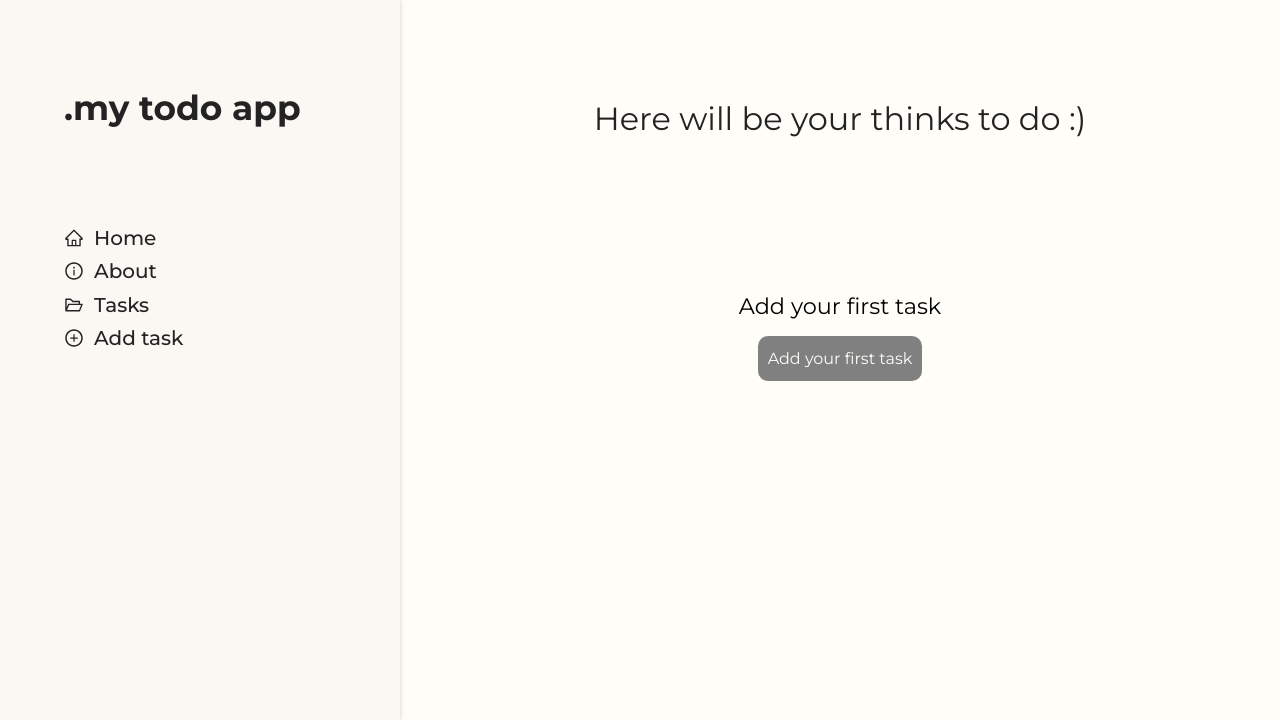
Repository: dkveil/my-todo-app-with-ts
Page: /
These files come from the project's save history. The page is drawn as it stood at one moment and after the next save; the edit follows.
The browser window is 1280 px wide. The pictures show the whole page.
The project was rebuilt for these pictures with package versions that can differ from the ones it lists, and the page was loaded fresh each time. Also part of the build but not shown: src/components/TaskCart/TaskCart.styles.ts, src/utils/isoFormatToDate.util.ts, src/components/TaskCart/index.tsx, src/components/Form/Form.styles.ts, src/components/Form/FormField.tsx, src/components/Form/index.tsx, src/components/SuccesBoard/SuccesBoard.styles.ts, src/components/SuccesBoard/index.tsx and 2 more.

Above is the page before, as saved 2022-10-13 22:15:25.

### src/App.tsx
import { ThemeProvider } from "styled-components";
import { theme } from "./styles/theme";
import GlobalStyles from "./styles/global";
import { Routes, Route, useLocation, Navigate} from "react-router";
import NavbarCart from "./components/NavbarCart";
import Navbar from "./components/Navbar/index";
import { Wrapper, AppWrapper } from "./containers/container";
import Header from "./components/Header";
import TasksPage from "./pages/TasksPage";
import AddTaskPage from "./pages/AddTaskPage";
import EditTaskPage from "./pages/EditTaskPage";
import GlobalContextProvider from "./context/GlobalContext";
import TasksContextProvider from "./context/TasksContext";
import { AnimatePresence } from 'framer-motion'

const App = () => {

    return (
        <GlobalContextProvider>
            <TasksContextProvider>
                <ThemeProvider theme={theme}>
                    <GlobalStyles />
                    <Wrapper>
                        <NavbarCart />
                        <AppWrapper>
                            <Navbar />
                            <Header />
                            <AnimatePresence>
                                <Routes>
                                    <Route path="/" element={<Navigate to='/tasks'/>}/>
                                    <Route path="/tasks" element={<TasksPage />} />
                                    <Route path="/add-task" element={<AddTaskPage />}/>
                                    <Route path="/add-task/:status" element={<AddTaskPage />}/>
                                    <Route path="/edit-task/:id/" element={<EditTaskPage />}/>
                                    <Route path="/edit-task/:id/:status" element={<EditTaskPage />}/>
                                </Routes>
                            </AnimatePresence>
                        </AppWrapper>
                    </Wrapper>
                </ThemeProvider>
            </TasksContextProvider>
        </GlobalContextProvider>
    );
};

export default App;

### src/styles/theme.ts
export const theme = {
    font: {
        family: {
            primary: "Montserrat, sans-serif"
        }
    },
    color: {
        bgapp: '#fffdf8',
        bgcart: '#fbf8f3',
        bgcartshadow: '#d1d1d1',
        font: '#232323',

        fonthover: '#626262',
        formfieldborder: '#565656',
        formfieldbg: 'white',
        formbtnbg: 'gray',
        formbtnbghover: 'darkgray',
        formactive: '#005be9',
        formbtnfont: 'white',
    },
    mq: {
        tablet: `@media screen and (min-width: 768px)`,
        desktop: `@media screen and (min-width: 1024px)`,
        large: `@media screen and (min-width: 1537px)`
    },
    height: {
        navbar: "64px"
    }
}

### src/styles/global.ts
import { createGlobalStyle } from 'styled-components';

export default createGlobalStyle`

    *, *::before, *::after{
        margin: 0;
        padding: 0;
        outline: 0;
        box-sizing: border-box;
    }
`

### src/components/NavbarCart/index.tsx
import * as NavCart from './NavbarCart.styles'
import {
    AiOutlineHome,
    AiOutlineInfoCircle,
    AiOutlineFolderOpen,
    AiOutlinePlusCircle,
} from "react-icons/ai";
import { useGlobalContext } from '../../context/GlobalContext';

const navitems = [
    {
        name: "Home",
        path: "/",
        icon: <AiOutlineHome style={{ marginRight: "10px" }} />,
    },
    {
        name: "About",
        path: "/about",
        icon: <AiOutlineInfoCircle style={{ marginRight: "10px" }} />,
    },
    {
        name: "Tasks",
        path: "/tasks",
        icon: <AiOutlineFolderOpen style={{ marginRight: "10px" }} />,
    },
    {
        name: "Add task",
        path: "/add-task",
        icon: <AiOutlinePlusCircle style={{ marginRight: "10px" }} />,
    },
];

const NavbarCart = () => {

    const { barActive, closeBar } = useGlobalContext()

    return (
        <NavCart.Wrapper opened={barActive}>
            <NavCart.LogoWrapper>
                <NavCart.Logo to="/">
                    .my todo app
                </NavCart.Logo>
            </NavCart.LogoWrapper>
            <nav>
                <NavCart.NavList>
                    {navitems.map(item => (
                        <NavCart.NavItem key={item.name} id={item.name} onClick={closeBar}>
                            <NavCart.NavLink to={item.path}>
                                {item.icon && item.icon}
                                {item.name}
                            </NavCart.NavLink>
                        </NavCart.NavItem>
                    ))}
                </NavCart.NavList>
            </nav>
        </NavCart.Wrapper>
    )
}

export default NavbarCart;

### src/components/Navbar/index.tsx
import * as Nav from './Navbar.styles'
import Button from "../Button";
import { useGlobalContext } from '../../context/GlobalContext';
import { Container } from '../../containers/container';

const Navbar = () => {

    const { barActive, openBar, closeBar } = useGlobalContext();

    return (
        <>
        <Button buttontype="hamburger" size='30px' active={barActive} onClickHandler={barActive ? closeBar : openBar}/>
        <Nav.Wrapper>
            <Container>
                <Nav.Content>
                    <div/>
                    <div/>
                </Nav.Content>
            </Container>
        </Nav.Wrapper>
        </>
    )
}

export default Navbar;

### src/containers/container.tsx
import styled from "styled-components";

export const Wrapper = styled.div`
    display: flex;
    flex-direction: row;
    width: 100vw;
    min-height: 100vh;
`

export const AppWrapper = styled.div`
    display: flex;
    flex-direction: column;
    flex-grow: 1;
    background-color: ${({ theme }) => theme.color.bgapp};

    ${({theme}) => theme.mq.desktop}{
        max-width: calc(100% - 400px);
        height: 100vh;
        overflow: hidden;
        overflow-y: scroll;
    }
`;

export const Container = styled.div`
    display: flex;
    flex-direction: column;
    flex-wrap: wrap;
    width: calc(100vw - 42px);
    margin: 0 auto;
    height: inherit;
    min-height: inherit;

    ${({theme}) => theme.mq.tablet}{
        width: calc(100vw - 64px);
    }
    ${({theme}) => theme.mq.desktop}{
        width: calc(100% - 128px);
    }
`

### src/components/Header/index.tsx
import { useLocation } from 'react-router-dom'
import { Container } from "../../containers/container";
import { useTasksContext } from "../../context/TasksContext";
import * as H from './Header.styles'
import { motion } from 'framer-motion'

const Header = () => {
    const { numberOfTask } = useTasksContext()

    const location = useLocation()

    if(location.pathname === '/' || !location.pathname){
        return (
            <motion.div
                initial={{ opacity: 0 }}
                animate={{ opacity: 1 }}
                exit={{ opacity: 0 }}
            >
                <H.Wrapper>homePage</H.Wrapper>
            </motion.div>
        );
    }
    if(location.pathname === '/about'){
        return (
            <motion.div
                initial={{ opacity: 0 }}
                animate={{ opacity: 1 }}
                exit={{ opacity: 0 }}
            >
                <H.Wrapper>aboutPage</H.Wrapper>
            </motion.div>
        );

    }
    if(location.pathname === '/tasks'){
        return (
            <motion.div
                initial={{ opacity: 0 }}
                animate={{ opacity: 1 }}
                exit={{ opacity: 0 }}
            >
                <H.Wrapper>
                    <Container>
                        <H.Content>
                            <H.Title>
                                {numberOfTask
                                    ? "Your things to do:"
                                    : "Here will be your thinks to do :)"}
                            </H.Title>
                        </H.Content>
                    </Container>
                </H.Wrapper>
            </motion.div>
        );
    }

    if(location.pathname === '/add-task'){
        return (
            <motion.div
                initial={{ opacity: 0 }}
                animate={{ opacity: 1 }}
                exit={{ opacity: 0 }}
            >
                <H.Wrapper>
                    <Container>
                        <H.Content>
                            <H.Title>
                                {numberOfTask
                                    ? "Add your new task to do! :)"
                                    : "Add your first task! :)"}
                            </H.Title>
                        </H.Content>
                    </Container>
                </H.Wrapper>
            </motion.div>
        );
    }

    return null
}
export default Header;

### src/context/GlobalContext.tsx
import React, { useContext } from "react"

type GlobalContextProviderTypes = {
    children: React.ReactNode;
}

type GlobalContextTypes = {
    barActive: boolean;
    closeBar: () => void;
    openBar: () => void;
};

const GlobalContext = React.createContext({} as GlobalContextTypes);

export const useGlobalContext = () => {
    return useContext(GlobalContext)
}

const GlobalContextProvider = ({ children }: GlobalContextProviderTypes) => {
    const [barActive, setBarActive] = React.useState<boolean>(false)

    const closeBar = () => setBarActive(false)
    const openBar = () => setBarActive(true)


    return (
        <GlobalContext.Provider
            value={{
                barActive,
                closeBar,
                openBar
            }}
        >
            {children}
        </GlobalContext.Provider>
    );
};

export default GlobalContextProvider;

### src/context/TasksContext.tsx
import React from "react";
import { useLocation, useParams } from 'react-router-dom';

type TasksContextProviderProps = {
    children: React.ReactNode
};

export type taskProps = {
    id: string;
    title: string;
    category: string;
    priority:
        | "no priority"
        | "low priority"
        | "medium priority"
        | "high priority";
    note: string;
    createdAt: string;
    deadline?: string;
    favorite: boolean;
    completed: boolean;
};

type TasksContextTypes = {
    tasks: taskProps[];
    numberOfTask: number;
    AddTask: (task: taskProps) => void;
    EditTask: (task: taskProps) => void;
    DeleteTask: (id: string) => void;
    addingStatusSuccess: boolean;
    editingStatusSuccess: boolean;
    setAddingSuccessStatus: () => void;
    setEditingSuccessStatus: () => void;
    changeStatusTask: (id: string) => void;
};

const TasksContext = React.createContext({} as TasksContextTypes)

type taskState = taskProps[]

type taskAction = {
    type: string;
    task: taskProps;
}

const taskReducer = (state: taskState, action: taskAction) => {
    switch(action.type){
        case 'ADD':
            return [ ...state, action.task];
        case 'REMOVE':
            return state.filter(task => task.id !== action.task.id);
        case 'EDIT':
            return state.map(task => {
                if(action.task.id === task.id){
                    return action.task
                } else {
                    return task
                }
            });
        case 'CHANGE_STATUS':
            return state.map(task => {
                if(action.task.id === task.id){
                    return {...task, completed: !task.completed}
                } else {
                    return task
                }

            })
        default:
            return state;
    }
};

export const useTasksContext = () => React.useContext(TasksContext);

const TasksContextProvider = ({ children }: TasksContextProviderProps) => {

    const params = useParams()

    const initialState = localStorage.getItem("tasks")

    const [tasks, dispatch] = React.useReducer(taskReducer, initialState ? JSON.parse(initialState) : [])
    const [addingStatusSuccess, setAddingStatusSuccess] = React.useState<boolean>(false)
    const [editingStatusSuccess, setEditingStatusSuccess] = React.useState<boolean>(false)

    React.useEffect(() => {
        localStorage.setItem("tasks", JSON.stringify(tasks))
    }, [tasks])

    const numberOfTask = tasks.length;

    const location = useLocation()

    const setAddingSuccessStatus = () => setAddingStatusSuccess(true);
    const setEditingSuccessStatus = () => setEditingStatusSuccess(true);


    React.useEffect(() => {
        if(location.pathname !== "/add-task/success"){
            setAddingStatusSuccess(false)
        }
        if(params.id && params.status){
            setEditingStatusSuccess(false)
        }
    }, [location.pathname, params])

    const AddTask = (task: taskProps) => {
        dispatch({
            type: "ADD",
            task
        });
    }

    const EditTask = (task: taskProps) => {
        dispatch({
            type: "EDIT",
            task
        })
    }

    const DeleteTask = (id: string) => {
        const task = tasks.find((item) => item.id === id);

        if(task){
            dispatch({
                type: "REMOVE",
                task
            })
        }
    }

    const changeStatusTask = (id: string) => {
        const task = tasks.find(item => item.id === id)

        if(task){
            dispatch({
                type: "CHANGE_STATUS",
                task
            });
        }
    }

    return (
        <TasksContext.Provider
            value={{
                tasks,
                numberOfTask,
                AddTask,
                EditTask,
                DeleteTask,
                addingStatusSuccess,
                editingStatusSuccess,
                setAddingSuccessStatus,
                setEditingSuccessStatus,
                changeStatusTask
            }}
        >
            {children}
        </TasksContext.Provider>
    );
};

export default TasksContextProvider;

### src/components/NavbarCart/NavbarCart.styles.ts
import styled from "styled-components";
import { Link } from "react-router-dom";

type WrapperTypes = {
    opened: boolean;
}

export const Wrapper = styled.div<WrapperTypes>`
    position: fixed;
    width: 100%;
    height: 100vh;
    background-color: ${({theme}) => theme.color.bgcart};
    transform: ${(props) => props.opened ? 'translateX(0)': 'translateX(-100%)'};
    box-shadow: 0 0 .3rem ${({theme}) => theme.color.bgcartshadow};
    z-index: 3;
    padding: 0 30px;
    transition: transform .2s;


    ${({theme}) => theme.mq.desktop}{
        padding: 0 4rem;
        position: static;
        width: 400px;
        height: 100%;
        min-height: 100vh;
        transform: none;
    }
`

export const LogoWrapper = styled.div`
    display: flex;
    align-items: center;
    width: 100%;
    height: 30vh;
`

export const Logo = styled(Link)`
    font-size: 2.15rem;
    font-weight: 700;
    text-decoration: none;
    color: ${({theme}) => theme.color.font};
`

export const NavList = styled.ul`
    list-style: none;

`

export const NavItem = styled.li`
    margin: .6rem 0;
`

export const NavLink = styled(Link)`
    display: flex;
    align-items: center;
    font-size: 20px;
    font-weight: 500;
    color: ${({theme}) => theme.color.font};
    text-decoration: none;

    &:hover{
        color: ${({theme}) => theme.color.fonthover};
    }
`

### src/components/Navbar/Navbar.styles.ts
import styled from "styled-components";

export const Wrapper = styled.div`
    position: fixed;
    width: 100%;
    height: ${({theme}) => theme.height.navbar};
    background-color: ${({theme}) => theme.color.bgapp};
    border-bottom: 1px solid ${({theme}) => theme.color.font};

    ${({theme}) => theme.mq.desktop}{
        position: static;
        border: none;
    }
`

export const Content = styled.div`
    height: inherit;
    display: flex;
    justify-content: space-between;
    align-items: center;
`

### src/components/Button/index.tsx
import React from 'react';
import * as Btn from './Button.styles'
import { ButtonStylesProps } from './Button.styles'

interface ButtonProps extends ButtonStylesProps {
    buttontype: string;
    onClickHandler: () => void;
    children?: React.ReactNode
}

const Button = ({ buttontype, size, active, onClickHandler, children }: ButtonProps) => {
    switch (buttontype) {
        case "hamburger":
            return (
                <Btn.Hamburger
                    size={size}
                    active={active}
                    onClick={onClickHandler}
                >
                    <div />
                </Btn.Hamburger>
            );
        case "square":
            return (
                <Btn.Square
                    size={size}
                    onClick={onClickHandler}
                    >
                    {children}
                </Btn.Square>
            )
        case "transparent":
            return (
                <Btn.Transparent
                    onClick={onClickHandler}
                >
                    {children}
                </Btn.Transparent>
            )
        default:
            return null;
    }
};

export default Button;

### src/components/Header/Header.styles.ts
import styled from "styled-components";

export const Wrapper = styled.header`
    height: 100px;
    margin-top: ${({theme}) => theme.height.navbar};

    ${({theme}) => theme.mq.desktop}{
        margin: 0;
    }
`

export const Content = styled.div`
    height: 100%;
    display: flex;
    justify-content: center;
    align-items: center;
    margin-top: .6rem;
`

export const Title = styled.h1`
    font-size: 1.4rem;
    font-family: ${({theme}) => theme.font.family.primary};
    font-weight: 400;
    color: ${({theme}) => theme.color.font};

    ${({theme}) => theme.mq.desktop}{
        font-size: 2rem;
    }
`

### src/containers/tasksPage.styles.ts
import styled from "styled-components";

export const TaskPageWrapper = styled.section`
`

export const TaskPageContent = styled.div`
    display: flex;
    width: 100%;
    flex-direction: column;

    ${({theme}) => theme.mq.desktop}{
        flex-direction: row;
        height: 75vh;
    }
`



export const TasksWrapper = styled.div`
    width: 100%;
    border-radius: 10px;
    flex-grow: 1;

    h2{
        font-size: 1.4rem;
        font-weight: 500;
        font-family: ${({theme}) => theme.font.family.primary};
        margin-bottom: 20px;
    }

    ${({theme}) => theme.mq.desktop}{
        padding: 10px 5px;
    }
`

### src/utils/sortingTasks.util.ts
import { taskProps } from "../context/TasksContext";

export const sortTasks = (type: string, tasks: taskProps[]) => {
    let sortedTasks;

    const priorityNumber = {
        "no priority": 0,
        "low priority": 1,
        "medium priority": 2,
        "high priority": 3,
    }

    if(tasks){
        if(type === "name"){
            sortedTasks = tasks.sort((a, b) => {
                if(a.title > b.title){
                    return 1
                }
                if(a.title < b.title){
                    return -1
                }
                return 0
            })
        }

        if(type === "date of create"){
            sortedTasks = tasks.sort((a, b) => {
                return new Date(a.createdAt).getTime() - new Date(b.createdAt).getTime()
            })
        }
        if(type === "deadline time"){
            sortedTasks = tasks.sort((a, b) => {
                if(a.deadline && b.deadline){
                    return new Date(a.deadline).getTime() - new Date(b.deadline).getTime()
                }
                if(a.deadline && !b.deadline){
                    return -1
                }
                if(!a.deadline && b.deadline){
                    return 1
                }
                return 0
            })
        }
        if(type === "priority level"){
            sortedTasks = tasks.sort((a, b) => {
                return priorityNumber[b.priority] - priorityNumber[a.priority]
            })
        }
        if(type === "favorite"){
            sortedTasks = tasks.sort((a, b) => {
                if(!a.favorite && b.favorite){
                    return 1
                }
                if(a.favorite && !b.favorite){
                    return -1
                }
                return 0
            })
        }
    }


    return sortedTasks;
}

### src/hooks/useLocalStorage.hook.ts
import React from "react";

export function useLocalStorage<T>(key: string, initialValue: T): [T, (value: T | ((val: T) => T)) => void] {
    const [storedValue, setStoreValue] = React.useState<T>(() => {
        try{
            const item = window.localStorage.getItem(key)
            return item ? JSON.parse(item) : initialValue;
        } catch(error) {
            console.log(error)
            return initialValue
        }
    })

    const setValue = (value: T | ((val: T) => T)) => {
        try {
            const valueToStore = value instanceof Function ? value(storedValue) : value;
            setStoreValue(valueToStore);
            window.localStorage.setItem(key, JSON.stringify(valueToStore));
        } catch(error) {
            console.log(error)
        }
    }

    return [storedValue, setValue]
}

### src/components/Button/Button.styles.ts
import styled from "styled-components";
import { theme } from "../../styles/theme";

export type ButtonStylesProps = {
    size?: string;
    active?: boolean;
    padding?: string;
}

export const Square = styled.button<ButtonStylesProps>`
    font-family: ${theme.font.family.primary};
    color: ${theme.color.bgapp};
    font-size: 16px;
    background-color: ${theme.color.formbtnbg};
    width: ${(props) => props.size? props.size: "fit-content"};
    height: 45px;
    border-radius: 10px;
    border: none;
    padding: ${(props) => props.padding ? props.padding : "10px"};

    :hover{
        background-color: ${theme.color.formbtnbghover};
    }

    :active{
        background-color: ${theme.color.formactive};
    }
`

export const Hamburger = styled.div<ButtonStylesProps>`
    display: flex;
    align-items: center;
    position: fixed;
    z-index: 4;
    top: 17px;
    left: 21px;
    height: ${(props) => (props.size ? props.size : "40px")};
    width: ${(props) => (props.size ? props.size : "40px")};
    cursor: pointer;

    ${({theme}) => theme.mq.tablet}{
        left: 32px;
    }

    ${({theme}) => theme.mq.desktop}{
        display: none;
    }

    div {
        position: relative;
        width: 100%;
        height: 2px;
        background-color: ${({ theme }) => theme.color.font};
        z-index: 4;
        border-radius: 4px;
        transition: transform 0.2s;

        ${(props) => {
            if (props.active) {
                return `
                    background-color: transparent;
                `;
            } else {
                return `
                    background-color: ${theme.color.font};
                `;
            }
        }}

        ::before, ::after {
            position: absolute;
            content: "";
            width: 100%;
            height: 2px;
            background-color: ${({ theme }) => theme.color.font};
            border-radius: 4px;
            transition: transform 0.2s;
        }
        ::before {
            top: ${(props) => (props.active ? "0" : "8px")};
            transform: ${(props) => (props.active ? "rotate(45deg)" : "none")};
        }
        ::after {
            bottom: ${(props) => (props.active ? "0" : "8px")};
            transform: ${(props) => (props.active ? "rotate(-45deg)" : "none")};
        }
    }
`;

export const Transparent = styled.button`
    display: flex;
    align-items: center;
    background-color: transparent;
    font-size: 1rem;
    font-weight: bold;
    cursor: pointer;
    border: none;
    color: ${({theme}) => theme.color.font};

`

Loaded but not shown: public/index.html (common file); src/index.tsx (common file); src/index.css (common file); src/reportWebVitals.ts (common file); src/pages/TasksPage.tsx (219 lines, source omitted)

After the next save:
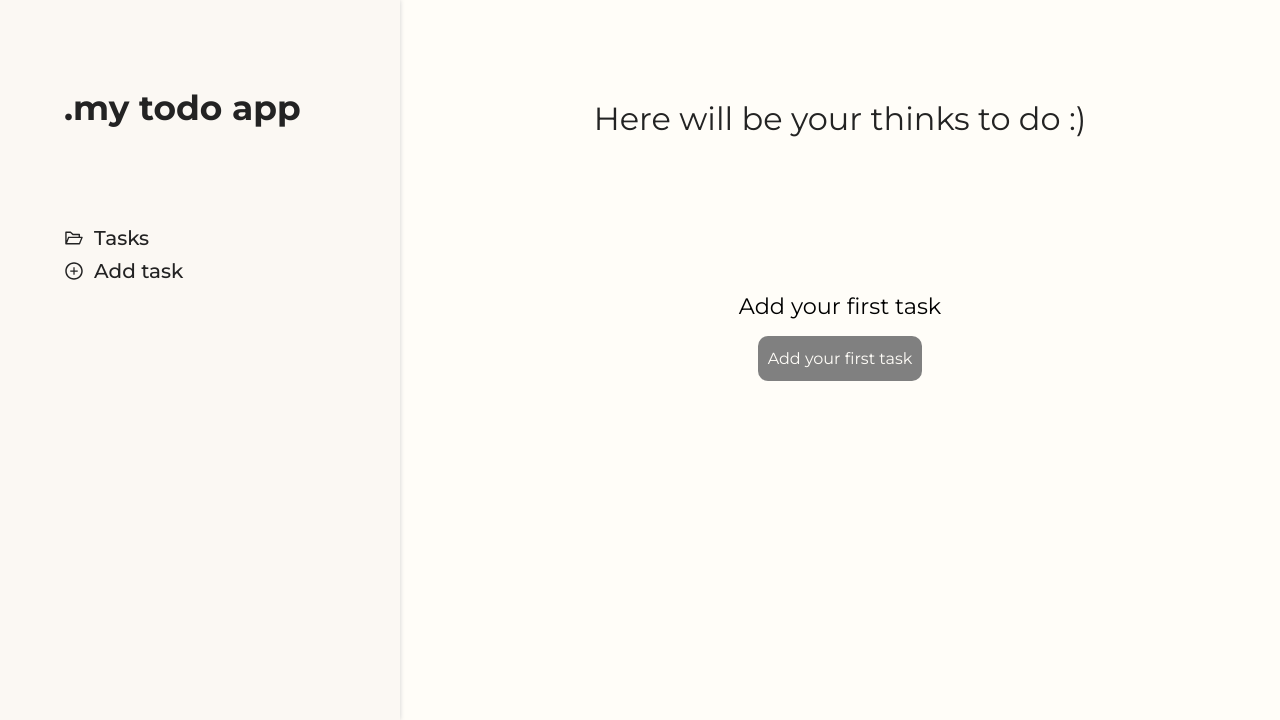
Saved 53 s later.
--- a/src/components/NavbarCart/index.tsx
+++ b/src/components/NavbarCart/index.tsx
@@ -8,16 +8,6 @@ import {
 import { useGlobalContext } from '../../context/GlobalContext';
 
 const navitems = [
-    {
-        name: "Home",
-        path: "/",
-        icon: <AiOutlineHome style={{ marginRight: "10px" }} />,
-    },
-    {
-        name: "About",
-        path: "/about",
-        icon: <AiOutlineInfoCircle style={{ marginRight: "10px" }} />,
-    },
     {
         name: "Tasks",
         path: "/tasks",
